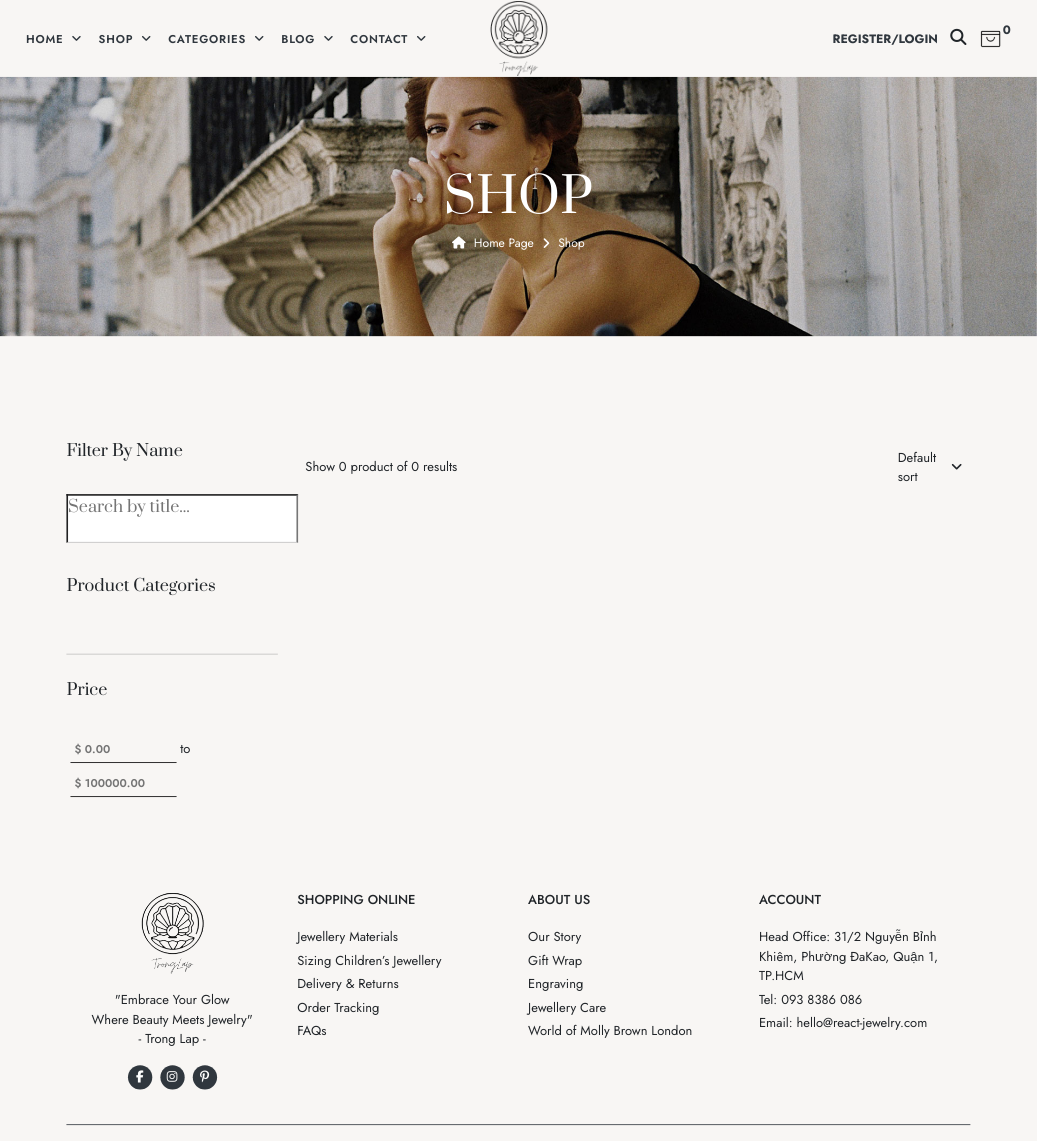
Repository: tronglap/react-jewelry
Page: /list-product
The author's editor kept a copy of each file at every save. The page is drawn from the files as they stood at one save, then again after a run of saves.
The browser window is 1280 px wide. The pictures show the whole page, at 81% of full size.
The page's requests for data from a server got no answer. The project was rebuilt for these pictures with package versions that can differ from the ones it lists, and the page was loaded fresh each time. No one was signed in, and anything a server would have sent is missing. Also part of the build but not shown: src/component/Button/Button.css, src/component/Button/Button.js, src/component/SliderBar/SliderBar.css, src/component/SliderBar/SliderBar.js, src/component/Home/WWD/WWD.css, src/component/Home/WWD/WWD.js, src/component/Home/Home.css, src/component/Home/Categories/Categories.js and 14 more.

Above is the page before, as saved 2024-03-26 20:24:44.

### src/App.css
@import url('https://fonts.googleapis.com/css2?family=Jost:ital,wght@0,100..900;1,100..900&family=Prata&display=swap');


* {
    margin: 0;
    padding: 0;
    box-sizing: border-box;
}

img {
    width: 100%;
}

a {
    text-decoration: none;
}

ul {
    list-style: none;
    margin: 0;
    padding: 0;
}

body {
    font-family: "Jost", sans-serif;
    --seconddaryfont: "Prata";
    --color-primary: #daa14c;
    --color-secondary: #30373e;
    --color-text: #666;
    --color-accent: #30373e;
    --color-lighter: #888;
    --color-dark: #202020;
    --color-highlight: #ccc;
    --color-border: #e3e3e3;
    --color-background-light: #f8f6f4;
    --color-background-field: #DADADA20;
    background-color: #f8f6f4;
}

### src/component/Footer/Footer.css
.footer {
    margin-top: 10%;
    text-align: left;
    height: 40vh;
    border-bottom: 0.1px solid var(--color-secondary);
    margin-bottom: 20px;
}

.footer .logo {
    margin: 0 auto;
    width: 30%;
}

.footer .slogan {
    text-align: center;
    margin: 20px 0;
}

.footer .social-links {
    display: flex;
    gap: 10px;
    margin-top: 10px;
    justify-content: center;
}

.footer .social-links a {
    display: flex;
    align-items: center;
    justify-content: center;
    color: white;
    background-color: var(--color-secondary);
    border-radius: 50%;
    width: 30px;
    height: 30px;
    font-size: 20px;
    text-align: center;
    transition: 0.3s ease;
}

.footer .social-links a:hover {
    background-color: var(--color-primary);
}

::selection {
    color: white;
    background-color: var(--color-primary);
}

.footer ul {
    margin-top: 25px;
}

.footer ul li {
    margin-bottom: 5px;
    cursor: pointer;
    transition: 0.2s linear;
}

.footer ul li:hover {
    color: var(--color-primary)
}

### src/component/ListProduct/ListProduct.css
.ListProduct .box_product {
    margin-top: 10%;
}

.ListProduct .box_product .FBN,
.ListProduct .box_product .FBN .filterbyname {
    font-size: 20px;
    font-family: 'Prata', sans-serif;
    font-weight: 400;
    line-height: 1.35;
    text-transform: capitalize;
    margin-bottom: 30px;
    padding-bottom: 10px;
}

.ListProduct .box_product .FBN .filterbyname {}

.ListProduct .box_product .FBN input {
    border-bottom: 1px solid rgba(128, 128, 128, 0.5);
    padding-bottom: 30px;
}


.ListProduct .box_product .Product_Categories {
    font-size: 20px;
    font-family: 'Prata', sans-serif;
    font-weight: 400;
    line-height: 1.35;
    text-transform: capitalize;
    margin-bottom: 30px;
    padding-bottom: 10px;
}

.ListProduct .box_product .Categories {
    border-bottom: 1px solid rgba(128, 128, 128, 0.5);
    padding-bottom: 30px;
}

.ListProduct .box_product .Categories .diamonds {
    display: flex;
    width: 35%;
    justify-content: space-between;
    font-size: 18px;
    font-weight: 400;
    font-style: normal;
    text-rendering: optimizeLegibility;
    color: var(--color-text);
    line-height: 1.5;
    letter-spacing: 0;
    cursor: pointer;
    transition: 0.2s ease;
}

.ListProduct .box_product .Categories .diamonds:hover {
    color: var(--color-primary)
}

.ListProduct .box_product .FBP .filterbyprice {
    font-size: 20px;
    font-family: 'Prata', sans-serif;
    font-weight: 400;
    line-height: 1.35;
    text-transform: capitalize;
    margin-bottom: 30px;
    margin-top: 30px;
    padding-bottom: 10px;
}

.ListProduct .box_product .FBP input {
    width: 50%;
    padding: 5px;
    font-size: 14px;
    margin: 5px;
    font-weight: 600;
    text-transform: none;
    border: none;
    border-bottom: 1px solid black;
    outline: none;
    background-color: transparent;
}

input[type=number]::-webkit-inner-spin-button {
    -webkit-appearance: none;
}

.ListProduct .box_product .Cart_list {
    margin-bottom: 20px;
}

.ListProduct .box_product .sorting {
    display: flex;
    justify-content: space-between;
    align-items: center;
}

.ListProduct .box_product .sorting .Count_AP {
    display: flex;
    margin-bottom: 20px;
    padding: 10px;
}

.ListProduct .box_product .sort {
    display: flex;
    align-items: center;
    justify-content: space-between;
    width: 12%;
    margin-bottom: 20px;
    padding: 10px;
    position: relative;
    cursor: pointer;
}

.ListProduct .box_product .sort .sorts {
    background-color: whitesmoke;
    padding: 10px 10px;
    width: 150%;
    opacity: 0;
    visibility: hidden;
    top: 40px;
    left: 0;
    position: absolute;
    z-index: 999;
    transition: 0.3s ease-out;
}

.ListProduct .box_product .sort .sorts.active {
    visibility: visible;
    top: 50px;
    opacity: 1;
}

### src/component/Cart/Cart.css
.Cart .link_header {
    display: flex;
    justify-content: flex-start;
    align-items: center;
}

.Cart .link_header .Home,
.Cart .link_header .Shop {
    line-height: 24px;
    text-decoration: none;
    color: var(--color-text);
    font-weight: 400;
    font-size: 14px;
    transition: 0.2s ease;
}

.Cart .link_header .Shop {
    color: var(--color-primary)
}

.Cart .link_header .Home:hover,
.Cart .link_header .Home:hover i {
    color: var(--color-primary)
}

.Cart .link_header .Home i,
.Cart .link_header .icon i {
    margin-right: 10px;
    color: var(--color-text);
    transition: 0.2s ease;
    font-size: 13px;
}

.Cart .link_header .icon {
    display: flex;
    align-items: center;
    justify-content: center;
    margin: 0 10px;
}

.Cart .cart-product {
    display: none;
    margin-top: 10%;
    text-align: center;
}

.Cart .cart-product.active {
    display: block;
}

.Cart .noti.active {
    display: none;
}

.Cart .cart-product .title {
    color: var(--color-secondary);
    font-weight: 600;
    text-transform: uppercase;
}

.Cart .cart-product .quantity {
    display: flex;
    align-items: center;
    justify-content: space-between;
    border: 1px solid #e3e3e3;

}

.Cart .cart-product .quantity input {
    padding: 13px 0;
    font-size: 14px;
    font-weight: 600;
    text-align: center;
    margin: 0 auto;
    outline: none;
    background-color: transparent;
    border: none;
    width: 50%;
}

.Cart .cart-product .quantity button {
    padding: 5px 10px 5px 10px;
    border: none;
    background-color: transparent;
    transition: 0.5s linear;
    border-radius: 50%;
    outline: none;
}

.Cart .cart-product .quantity button:active {
    background-color: rgba(128, 128, 128, 0.5)
}

p {
    margin: 0;
}

.Cart .cart-product .bill {
    text-align: left;
    padding: 30px 30px 40px;
    position: relative;
    background-color: #F8F6F4;
    border: 6px solid #E3E3E3;
    border-radius: 5px;
    color: var(--color-secondary)
}

.Cart .cart-product .bill .cart-total h2 {
    font-size: 28px;
    font-family: 'Prata', sans-serif;
    margin-bottom: 15px;
    font-weight: 400;
}

.Cart .cart-product .bill .total-product,
.Cart .cart-product .bill .total {
    display: flex;
    justify-content: space-between;
    align-items: center;
    font-size: 18px;
    padding: 1em 0;
}

.Cart .cart-product .bill .total {
    margin: 10% 0
}

.Cart .cart-product .bill .total .price {
    font-size: 24px;
    color: var(--color-primary);
    font-weight: 600;
}

.Cart .cart-product .bill .proceed-to-checkout {
    outline: none;
    text-align: center;
}

.Cart .cart-product .bill .proceed-to-checkout .btn-proceed .shop-now {
    margin: 0;
    text-transform: uppercase;
    width: 100%;
    font-weight: 600;
    font-size: 13px;
}

.Cart .cart-product .bill .proceed-to-checkout .btn-proceed .shop-now:hover {
    box-shadow: inset 350px 0 0 0 var(--color-primary);
}

### src/component/Home/Categories/Categories.css
img {
    width: 100%;
}

.icon_cate {
    display: flex;
    gap: 20px;
    margin: 10% 0;
    justify-content: center;
    align-items: center;
}

.icon_cate .icon1,
.icon_cate .icon2,
.icon_cate .icon3 {
    text-align: center;
}

.icon_cate .icon1 .img_icon,
.icon_cate .icon2 .img_icon,
.icon_cate .icon3 .img_icon {
    display: flex;
    justify-content: center;
    margin-bottom: 15px;
}

.icon_cate .icon1 .img_icon .thumb,
.icon_cate .icon2 .img_icon .thumb,
.icon_cate .icon3 .img_icon .thumb {
    width: 25%;
    border-radius: 50%;
    padding: 20px;
    transition: 0.2s ease;
}

.icon_cate .icon1:hover .img_icon .thumb,
.icon_cate .icon2:hover .img_icon .thumb,
.icon_cate .icon3:hover .img_icon .thumb {
    background: var(--color-primary)
}

.icon_cate .icon1 .title,
.icon_cate .icon2 .title,
.icon_cate .icon3 .title {
    font-size: 24px;
    font-family: 'Prata', sans-serif;
    letter-spacing: .3px;
    color: var(--color-secondary);
    margin-bottom: 15px;
    transition: 0.2s ease;
}

.icon_cate .icon1:hover .title,
.icon_cate .icon2:hover .title,
.icon_cate .icon3:hover .title {
    color: var(--color-primary)
}

.icon_cate .icon1 .desc,
.icon_cate .icon2 .desc,
.icon_cate .icon3 .desc {
    width: 60%;
    margin: 0 auto;
}

.cate {
    overflow: hidden;
}

.cate .right .diamond {
    overflow: hidden;
}

.cate .right {
    display: flex;
    flex-wrap: wrap;
    gap: 5%;
}

.cate .necklaces,
.cate .right .diamond,
.cate .right .earrings,
.cate .right .rings {
    position: relative;
    transition: 0.5s ease;
}

.cate .necklaces::after,
.cate .right .diamond::after,
.cate .right .earrings::after,
.cate .right .rings::after {
    content: "";
    display: block;
    opacity: 0;
    width: 100%;
    height: 200px;
    background: linear-gradient(to top, rgba(0, 0, 0, 0.3), rgba(0, 0, 0, 0));
    bottom: -100px;
    position: absolute;
    transition: 0.5s ease;
    z-index: 0;
}

.cate .necklaces:hover::after,
.cate .right .diamond:hover::after,
.cate .right .earrings:hover::after,
.cate .right .rings:hover::after {
    opacity: 1;
    bottom: 0;
}

.cate .necklaces::before,
.cate .right .diamond::before,
.cate .right .earrings::before,
.cate .right .rings::before {
    content: "";
    opacity: 0;
    width: 100%;
    height: 50px;
    font-family: 'Prata', sans-serif;
    font-size: 35px;
    color: white;
    text-align: center;
    bottom: -50px;
    position: absolute;
    transition: 0.5s ease;
    z-index: 1;
}

.cate .necklaces:hover::before {
    content: "Necklaces";
    opacity: 1;
    bottom: 20px;
}

.cate .right .diamond:hover::before {
    content: "Diamond";
    opacity: 1;
    bottom: 20px;
}

.cate .right .earrings:hover::before {
    content: "Earrings";
    opacity: 1;
    bottom: 20px;
}

.cate .right .rings:hover::before {
    content: "Rings";
    opacity: 1;
    bottom: 20px;
}

### src/component/Header/HeaderMain/Header.css
svg {
    margin-top: 0px;
}

path {
    fill: black;
    stroke: black;
    stroke-width: 2px;
    transition: 0.2s linear;
}

.HeaderMain {
    display: flex;
    justify-content: space-between;
    align-items: center;
    padding: 0 20px;
}

.HeaderMain .left {
    display: flex;
    gap: 20px;
    width: 40%;
}

.HeaderMain .left .Home,
.HeaderMain .left .Shop,
.HeaderMain .left .Categories,
.HeaderMain .left .Blog,
.HeaderMain .left .Contact {
    display: flex;
    justify-content: space-between;
    align-items: center;
    text-transform: uppercase;
    line-height: 1.2857142857;
    font-weight: 600;
    font-size: 14px;
    color: var(--color-secondary);
    letter-spacing: 1px;
    transition: 0.2s ease;
}

.HeaderMain .left .Home:hover,
.HeaderMain .left .Shop:hover,
.HeaderMain .left .Categories:hover,
.HeaderMain .left .Blog:hover,
.HeaderMain .left .Contact:hover {
    color: var(--color-primary);
}


.HeaderMain .left .Home i,
.HeaderMain .left .Shop i,
.HeaderMain .left .Categories i,
.HeaderMain .left .Blog i,
.HeaderMain .left .Contact i {
    margin-left: 10px;
}

.HeaderMain .mid {
    display: flex;
    justify-content: center;
    width: 20%;
}

.HeaderMain .mid .thumb {
    width: 30%;
}

.HeaderMain .right {
    display: flex;
    align-items: center;
    justify-content: right;
    width: 40%;
}

.HeaderMain .right .register a {
    color: var(--color-secondary);
    text-transform: uppercase;
    font-weight: bold;
    font-size: 15px;
    transition: 0.2s linear;
}

.HeaderMain .right .register a:hover {
    color: var(--color-primary)
}

.HeaderMain .right .search {
    transition: 0.2s ease;
}

.HeaderMain .right .search i {
    font-size: 20px;
    margin-left: 15px;
}

.HeaderMain .right .search:hover {
    color: var(--color-primary)
}

.HeaderMain .right .cart {
    display: flex;
    justify-content: center;
    align-items: center;
    margin-left: 15px;
    cursor: pointer;
}


.HeaderMain .right .cart:hover svg path {
    fill: var(--color-primary);
    stroke: var(--color-primary);
    stroke-width: 2px;
}

.HeaderMain .right .cart:hover .count {
    color: var(--color-primary)
}

.HeaderMain .right .cart .count {
    font-weight: bold;
    font-size: 15px;
    margin-bottom: 20px;
    transition: 0.2s linear;
    color: var(--color-secondary)
}

### src/component/ListProduct/Banner/Banner.css
.Banner {
    position: relative;
}

.Banner::after {
    content: "";
    display: block;
    width: 100%;
    height: 100%;
    background-color: rgba(0, 0, 0, 0.5);
}

.Banner .content {
    text-align: center;
    width: 100%;
    top: 50%;
    transform: translateY(-50%);
    position: absolute;
    z-index: 999;

}

.Banner .content .title {
    font-size: 60px;
    font-family: 'Prata', sans-serif;
    color: white;
}

.Banner .content .link_header {
    display: flex;
    justify-content: center;
    align-items: center;
}

.Banner .content .link_header .Home,
.Banner .content .link_header .Shop {
    text-decoration: none;
    color: white;
    font-weight: 400;
    font-size: 15px;
    transition: 0.2s ease;
}

.Banner .content .link_header .Home:hover,
.Banner .content .link_header .Home:hover i {
    color: var(--color-primary)
}

.Banner .content .link_header .Home i,
.Banner .content .link_header .icon {
    margin-right: 10px;
    color: white;
    transition: 0.2s ease
}

.Banner .content .link_header .icon {
    display: flex;
    align-items: center;
    justify-content: center;
    margin: 0 10px;
}

### src/component/CardProduct/CartProduct.css
img {
    width: 100%;
}

.Card_item {
    margin: 0 5px;
    text-align: center;
    position: relative;
    width: 100%;
    text-align: center;
    overflow: hidden;
}

.Card_item .thumb {
    display: block;
    position: relative;
    transition: 0.5s linear;
    overflow: hidden;
    width: 290px;
}

.Card_item .thumb:hover {
    border-radius: 49% 49% 0 0;
}

.Card_item .thumb img {
    transition: 0.5s ease;
    position: relative;
}

.Card_item .thumb img:first-child {
    opacity: 1;
    transition: 0.3s linear;

}

.Card_item .thumb:hover img:first-child {
    opacity: 0;
}

.Card_item .thumb img:last-child {
    opacity: 0;
    position: absolute;
    top: 0;
    left: 0;
    transition: 0.3s linear;
}

.Card_item .thumb:hover img:last-child {
    opacity: 1;
    display: block;
    transform: scale(1.2);
}

.Card_item .sale {
    display: none;
    width: 50px;
    height: 20px;
    color: white;
    padding: 2.5px 10px;
    font-weight: bold;
    font-size: 10px;
    top: 10px;
    left: 10px;
    background-color: var(--color-primary);
    position: absolute;
    transition: 0.2s linear;
    z-index: 999;
}

.Card_item .sale.active {
    display: block;
}

.Card_item:hover .sale.active {
    display: none;
}

.Card_item .info {
    margin-top: 10px;
}

.Card_item .info .cate {
    color: var(--color-primary);
    text-transform: uppercase;
    font-size: 12px;
    font-weight: 500;
    line-height: 1.35;
}

.Card_item .info .name {
    font-size: 20px;
    color: var(--color-secondary);
    text-transform: capitalize;
    transition: 0.2s ease;
}

.Card_item .info .name:hover {
    color: var(--color-primary)
}

.Card_item .info .material {
    color: var(--color-text);
    text-transform: capitalize;
    font-size: 14px
}

.Card_item .info .price .discount {
    font-weight: 700;
    color: var(--color-secondary)
}

.Card_item .info .price .cost {
    color: var(--color-secondary);
    font-weight: 500;
    text-decoration: line-through;
    font-size: 14px;
}

.Card_item .info .price .discount.active {
    display: none;
}

.Card_item .info .price .cost.active {
    font-weight: 700;
    color: var(--color-secondary);
    text-decoration: none;
    font-size: 16px;
}

### src/component/CardNews/CardNews.css
img {
    width: 100%;
}

.Card_news {
    width: 90%;
    margin: 0 auto;
    cursor: pointer;
}

.Card_news .thumb {
    margin-bottom: 3%;
    overflow: hidden;
}

.Card_news .thumb img {
    transition: 0.3s linear;
}

.Card_news .thumb:hover img {
    transform: scale(1.1);
}

.Card_news .infor {
    text-align: center;
}

.Card_news .infor .date p {
    font-size: 14px;
    text-transform: capitalize;
    color: var(--color-lighter);
    transition: 0.5s ease
}

.Card_news .infor .date p:hover {
    color: var(--color-primary)
}

.Card_news .infor .title h4 {
    display: -webkit-box;
    -webkit-box-orient: vertical;
    -webkit-line-clamp: 1;
    overflow: hidden;
    transition: 0.3s ease;
}

.Card_news .infor .title h4:hover {
    color: var(--color-primary)
}

.Card_news .infor .content p {
    display: -webkit-box;
    -webkit-box-orient: vertical;
    -webkit-line-clamp: 3;
    overflow: hidden;
    color: var(--color-text)
}

.Card_news .infor .view {
    color: var(--color-dark);
    font-weight: bold;
    font-size: 13px;
    font-weight: 600;
    line-height: 1.3;
    text-transform: uppercase;
    transition: 0.3s linear;
    margin-top: 12%;
}

.Card_news .infor .view:hover {
    color: var(--color-primary)
}

@keyframes zoom_news {
    0% {
        transform: scale(1);
    }

    100% {
        transform: scale(1.1);
    }
}

Loaded but not shown: public/index.html (common file); src/index.js (common file); src/index.css (common file); src/reportWebVitals.js (common file); src/component/ListProduct/ListProduct.js (188 lines, source omitted); src/component/Header/HeaderMain/Header.js (74 lines, source omitted); src/component/Footer/Footer.js (69 lines, source omitted); src/App.js (36 lines, source omitted); src/UseContext.js (36 lines, source omitted); src/component/ListProduct/Banner/Banner.js (31 lines, source omitted); src/UseFetch.js (26 lines, source omitted); src/component/AutoTop/AutoTop.js (15 lines, source omitted); src/component/Header/Header.css (289 lines, source omitted)

After the next 2 saves:
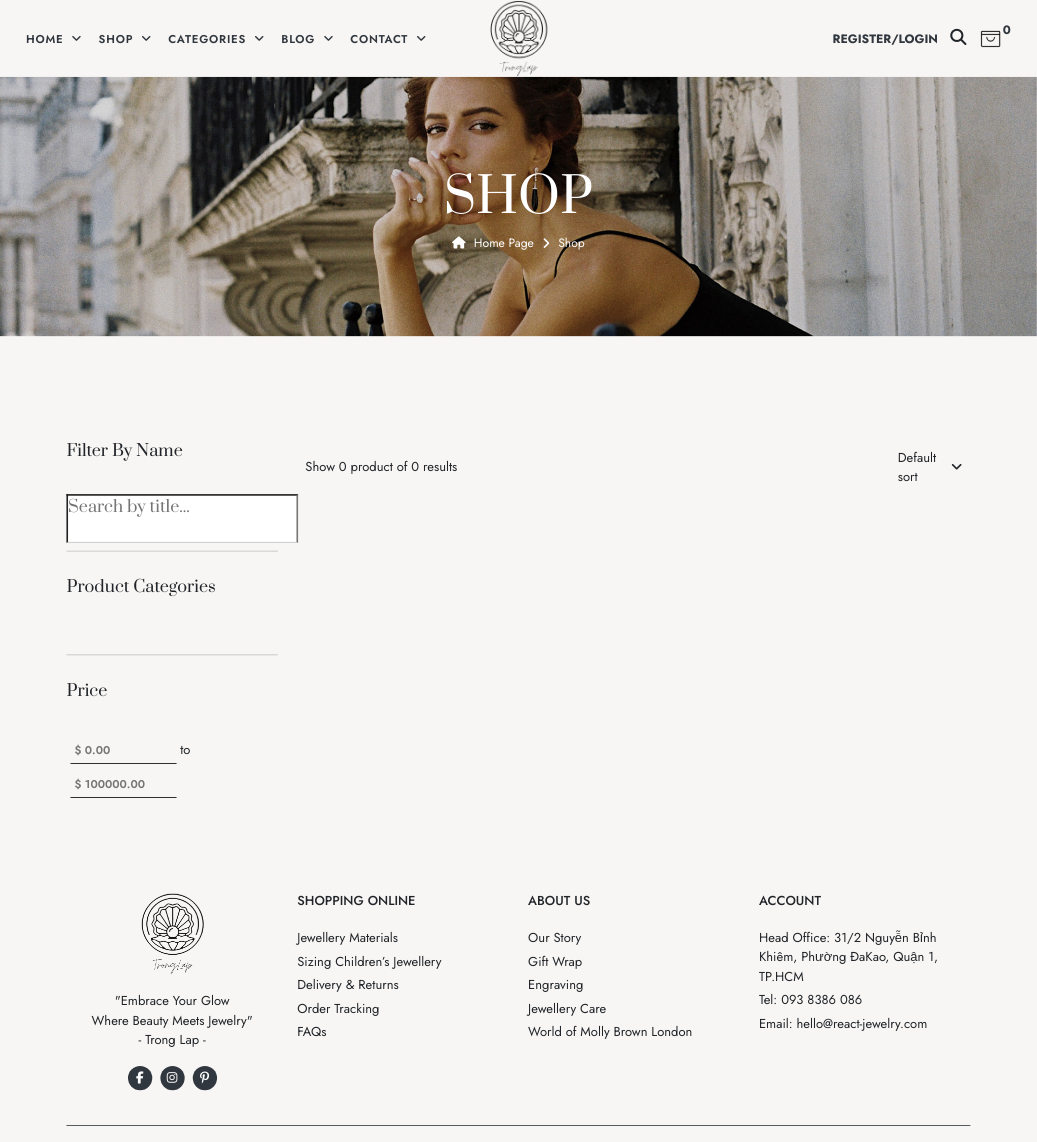
The 2 saves are shown as one change because they came seconds apart.
The last was saved 7 s later.
--- a/src/component/ListProduct/ListProduct.css
+++ b/src/component/ListProduct/ListProduct.css
@@ -13,7 +13,9 @@
     padding-bottom: 10px;
 }
 
-.ListProduct .box_product .FBN .filterbyname {}
+.ListProduct .box_product .FBN {
+    border-bottom: 1px solid rgba(128, 128, 128, 0.5);
+}
 
 .ListProduct .box_product .FBN input {
     border-bottom: 1px solid rgba(128, 128, 128, 0.5);
